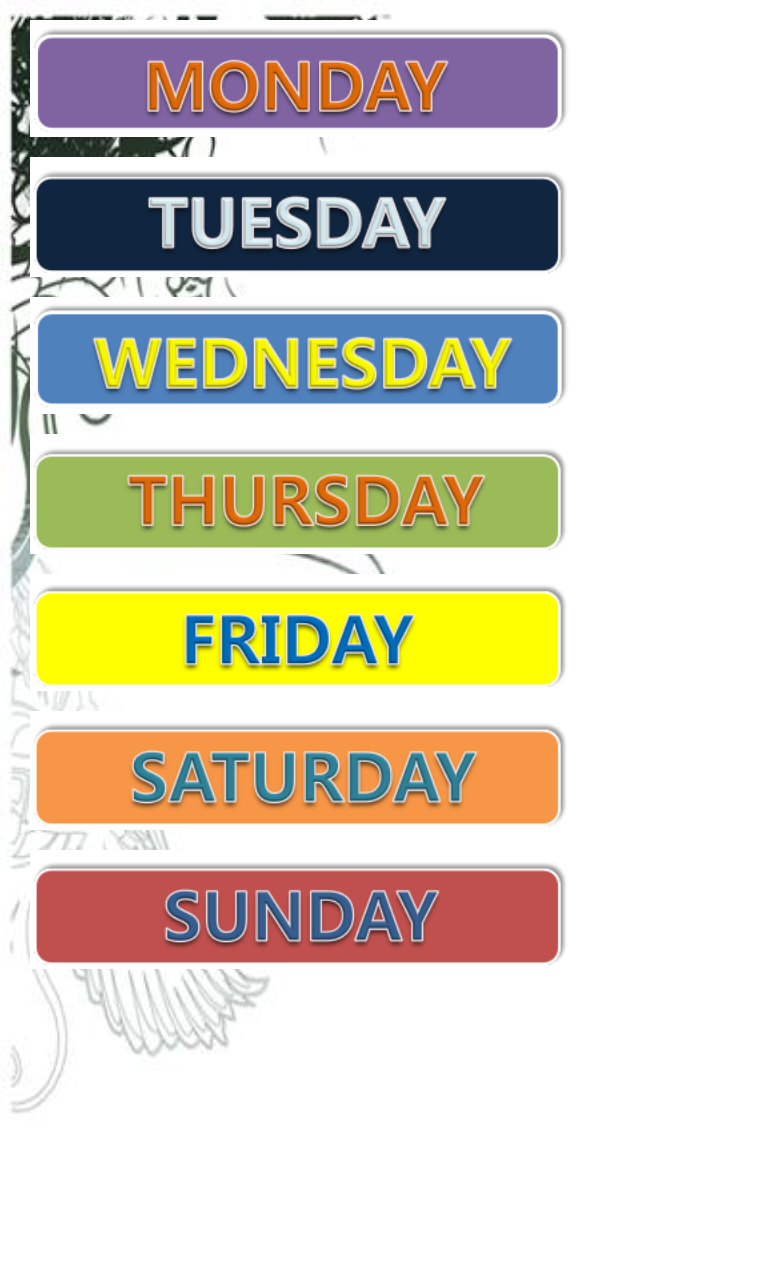
Repository: LewisLim579/2013TeamProject
Layout: PtsApp/res/layout/showweek.xml
The author's editor kept a copy of each file at every save. The layout is drawn from the files as they stood at one save, then again after the next save.
It is drawn on a 768 x 1280 px phone screen (xhdpi) without system bars, with theme android:Theme.NoTitleBar.Fullscreen; the app's code is not run.

Above is the layout before, as saved 2013-06-12 18:35:09.

### PtsApp/res/layout/showweek.xml
<LinearLayout xmlns:android="http://schemas.android.com/apk/res/android"
    android:layout_width="fill_parent"
    android:layout_height="fill_parent"
    android:background="@drawable/back"
    android:orientation="vertical"
     >
     <ImageButton
        android:id="@+id/monday"
        android:layout_width="wrap_content"
        android:layout_height="wrap_content"
        android:background="#00000000"
        android:src="@drawable/mon"
        android:layout_marginTop="10dp"
        android:layout_marginLeft="15dp"
             />
     <ImageButton
        android:id="@+id/tuesday"
        android:layout_width="wrap_content"
        android:layout_height="wrap_content"
        android:background="#00000000"
        android:src="@drawable/tues"
        android:layout_marginTop="10dp"
        android:layout_marginLeft="15dp"
             />
     <ImageButton
        android:id="@+id/wednesday"
        android:layout_width="wrap_content"
        android:layout_height="wrap_content"
        android:background="#00000000"
        android:src="@drawable/wednes"
        android:layout_marginTop="10dp"
        android:layout_marginLeft="15dp"
             />
     <ImageButton
        android:id="@+id/thursday"
        android:layout_width="wrap_content"
        android:layout_height="wrap_content"
        android:background="#00000000"
        android:src="@drawable/thurs"
        android:layout_marginTop="10dp"
        android:layout_marginLeft="15dp"
             />
     <ImageButton
        android:id="@+id/friday"
        android:layout_width="wrap_content"
        android:layout_height="wrap_content"
        android:background="#00000000"
        android:src="@drawable/fri"
        android:layout_marginTop="10dp"
        android:layout_marginLeft="15dp"
             />
     <ImageButton
        android:id="@+id/saturday"
        android:layout_width="wrap_content"
        android:layout_height="wrap_content"
        android:background="#00000000"
        android:src="@drawable/satur"
        android:layout_marginTop="10dp"
        android:layout_marginLeft="15dp"
             />
     <ImageButton
        android:id="@+id/sunday"
        android:layout_width="wrap_content"
        android:layout_height="wrap_content"
        android:background="#00000000"
        android:src="@drawable/sun"
        android:layout_marginTop="10dp"
        android:layout_marginLeft="15dp"
             />


</LinearLayout>

After the next save:
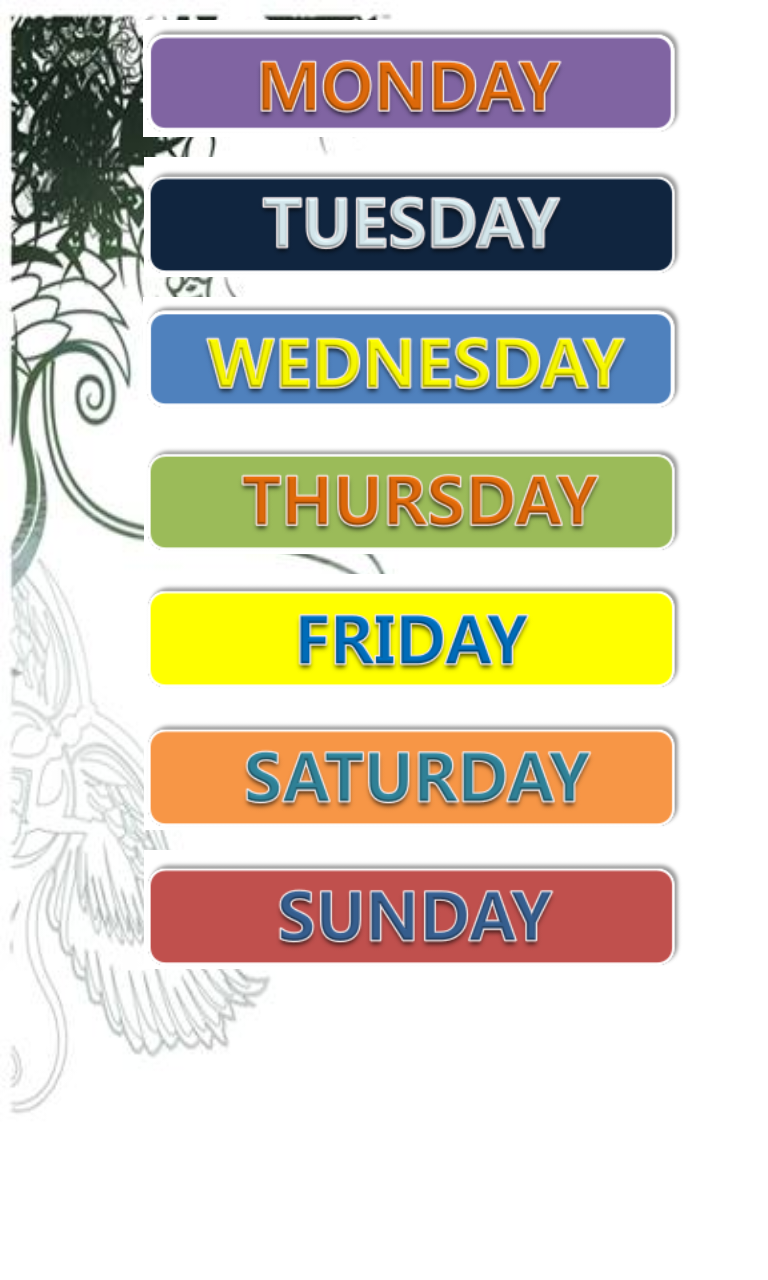
Saved 37 s later.
--- a/PtsApp/res/layout/showweek.xml
+++ b/PtsApp/res/layout/showweek.xml
@@ -10,6 +10,7 @@
         android:layout_height="wrap_content"
         android:background="#00000000"
         android:src="@drawable/mon"
+        android:layout_gravity="center"
         android:layout_marginTop="10dp"
         android:layout_marginLeft="15dp"
              />
@@ -18,6 +19,7 @@
         android:layout_width="wrap_content"
         android:layout_height="wrap_content"
         android:background="#00000000"
+                android:layout_gravity="center"
         android:src="@drawable/tues"
         android:layout_marginTop="10dp"
         android:layout_marginLeft="15dp"
@@ -27,6 +29,7 @@
         android:layout_width="wrap_content"
         android:layout_height="wrap_content"
         android:background="#00000000"
+                android:layout_gravity="center"
         android:src="@drawable/wednes"
         android:layout_marginTop="10dp"
         android:layout_marginLeft="15dp"
@@ -35,6 +38,7 @@
         android:id="@+id/thursday"
         android:layout_width="wrap_content"
         android:layout_height="wrap_content"
+                android:layout_gravity="center"
         android:background="#00000000"
         android:src="@drawable/thurs"
         android:layout_marginTop="10dp"
@@ -44,6 +48,7 @@
         android:id="@+id/friday"
         android:layout_width="wrap_content"
         android:layout_height="wrap_content"
+                android:layout_gravity="center"
         android:background="#00000000"
         android:src="@drawable/fri"
         android:layout_marginTop="10dp"
@@ -53,6 +58,7 @@
         android:id="@+id/saturday"
         android:layout_width="wrap_content"
         android:layout_height="wrap_content"
+                android:layout_gravity="center"
         android:background="#00000000"
         android:src="@drawable/satur"
         android:layout_marginTop="10dp"
@@ -62,6 +68,7 @@
         android:id="@+id/sunday"
         android:layout_width="wrap_content"
         android:layout_height="wrap_content"
+                android:layout_gravity="center"
         android:background="#00000000"
         android:src="@drawable/sun"
         android:layout_marginTop="10dp"
